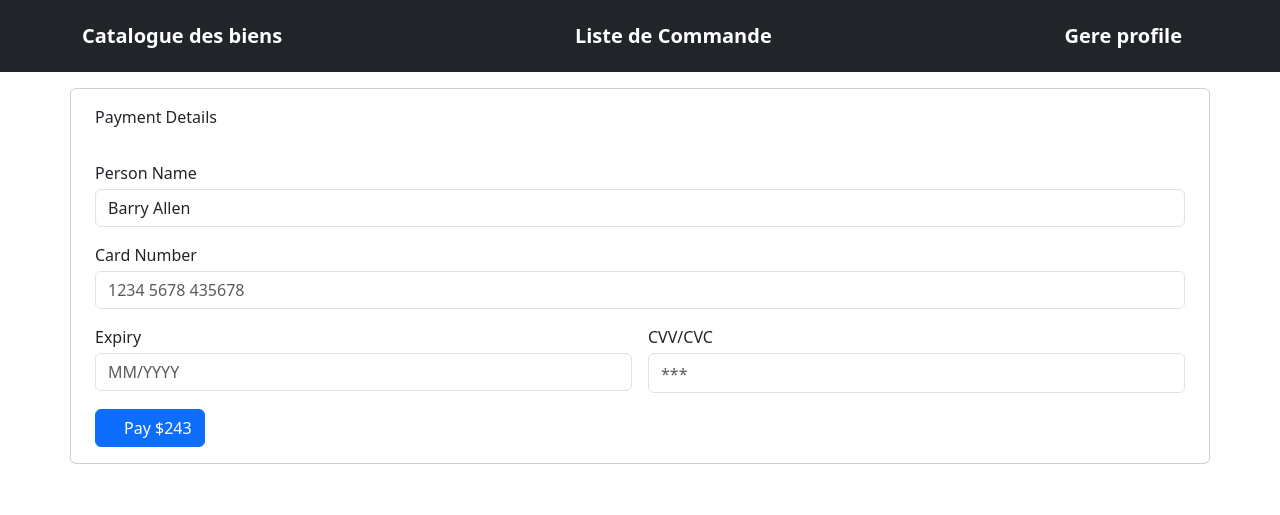
Repository: Jihad2909/Jakarta_Project_Agence_Location
Page: http://localhost/agence_location/payment
The author's editor kept a copy of each file at every save. The page is drawn from the files as they stood at one save, then again after the next save.
The browser window is 1280 px wide. The pictures show the whole page.
The page is served by Tomcat 10. Other server files are loaded and not shown.

Above is the page before, as saved 2024-04-25 13:43:45.

### agence_location/src/main/webapp/WEB-INF/Views/payment.jsp
<%@ page language="java" contentType="text/html; charset=UTF-8"
    pageEncoding="UTF-8"%>
<!DOCTYPE html>
<html>
<head>
<meta charset="UTF-8">
<title>Insert title here</title>
    <link href="https://cdn.jsdelivr.net/npm/bootstrap@5.3.3/dist/css/bootstrap.min.css" rel="stylesheet" integrity="sha384-QWTKZyjpPEjISv5WaRU9OFeRpok6YctnYmDr5pNlyT2bRjXh0JMhjY6hW+ALEwIH" crossorigin="anonymous">

</head>
<body>
 <header>
      <div class="navbar p-3 navbar-dark bg-dark box-shadow">
        <div class="container d-flex justify-content-between">
          <a href="cata" class="navbar-brand d-flex align-items-left">
            <strong>Catalogue des biens</strong>
          </a>
          <a href="affichecommande" class="navbar-brand d-flex align-items-right">
            <strong>Liste de Commande</strong>
          </a>
          <a href="profile" class="navbar-brand d-flex align-items-right">
            <strong>Gere profile</strong>
          </a>
        </div>
      </div>
    </header>

	<div class="container p-0 mt-3">
        <div class="card px-4">
            <p class="h8 py-3">Payment Details</p>
            <div class="row gx-3">
                <div class="col-12">
                    <div class="d-flex flex-column">
                        <p class="text mb-1">Person Name</p>
                        <input class="form-control mb-3" type="text" placeholder="Name" value="Barry Allen">
                    </div>
                </div>
                <div class="col-12">
                    <div class="d-flex flex-column">
                        <p class="text mb-1">Card Number</p>
                        <input class="form-control mb-3" type="text" placeholder="1234 5678 435678">
                    </div>
                </div>
                <div class="col-6">
                    <div class="d-flex flex-column">
                        <p class="text mb-1">Expiry</p>
                        <input class="form-control mb-3" type="text" placeholder="MM/YYYY">
                    </div>
                </div>
                <div class="col-6">
                    <div class="d-flex flex-column">
                        <p class="text mb-1">CVV/CVC</p>
                        <input class="form-control mb-3 pt-2 " type="password" placeholder="***">
                    </div>
                </div>
                <div class="col-12">
                    <div class="btn btn-primary mb-3">
                        <span class="ps-3">Pay $243</span>
                        <span class="fas fa-arrow-right"></span>
                    </div>
                </div>
            </div>
        </div>
    </div>


</body>
</html>

### agence_location/src/main/java/Controllers/AffichePayment.java
package Controllers;

import jakarta.servlet.ServletException;
import jakarta.servlet.annotation.WebServlet;
import jakarta.servlet.http.HttpServlet;
import jakarta.servlet.http.HttpServletRequest;
import jakarta.servlet.http.HttpServletResponse;
import java.io.IOException;

@WebServlet("/payment")
public class AffichePayment extends HttpServlet {
	private static final long serialVersionUID = 1L;

    /**
     * @see HttpServlet#HttpServlet()
     */
    public AffichePayment() {
        super();
        // TODO Auto-generated constructor stub
    }


	protected void doGet(HttpServletRequest request, HttpServletResponse response) throws ServletException, IOException {
		request.getRequestDispatcher("/WEB-INF/Views/payment.jsp").forward(request, response);
	}

	/**
	 * @see HttpServlet#doPost(HttpServletRequest request, HttpServletResponse response)
	 */
	protected void doPost(HttpServletRequest request, HttpServletResponse response) throws ServletException, IOException {
		// TODO Auto-generated method stub
		doGet(request, response);
	}

}

After the next save:
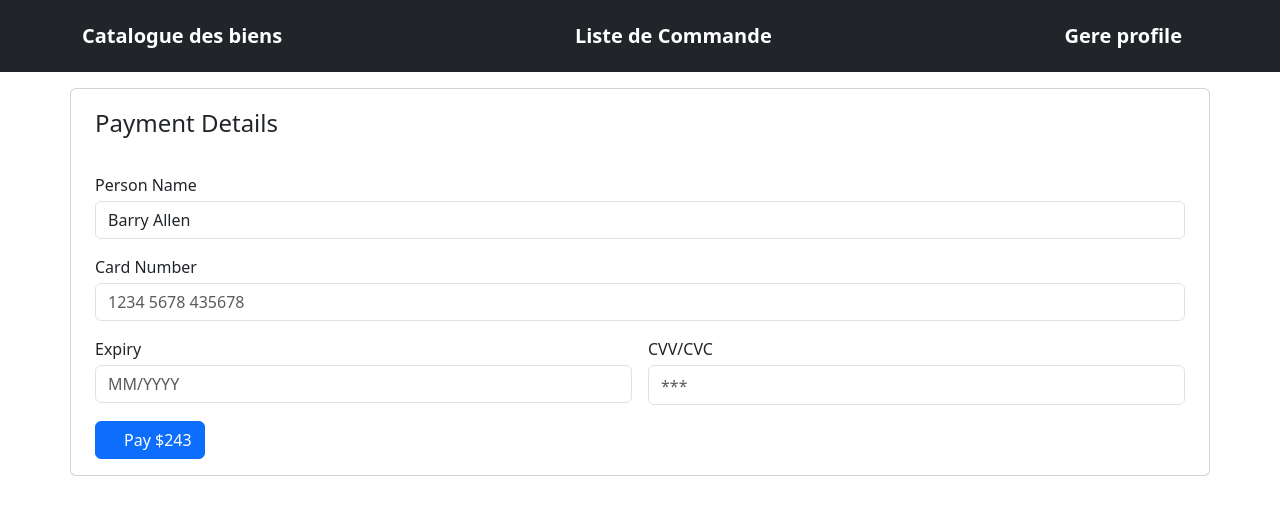
Saved 16 s later.
--- a/agence_location/src/main/webapp/WEB-INF/Views/payment.jsp
+++ b/agence_location/src/main/webapp/WEB-INF/Views/payment.jsp
@@ -27,7 +27,7 @@
 
 	<div class="container p-0 mt-3">
         <div class="card px-4">
-            <p class="h8 py-3">Payment Details</p>
+            <p class="h8 py-3 fs-4">Payment Details</p>
             <div class="row gx-3">
                 <div class="col-12">
                     <div class="d-flex flex-column">
